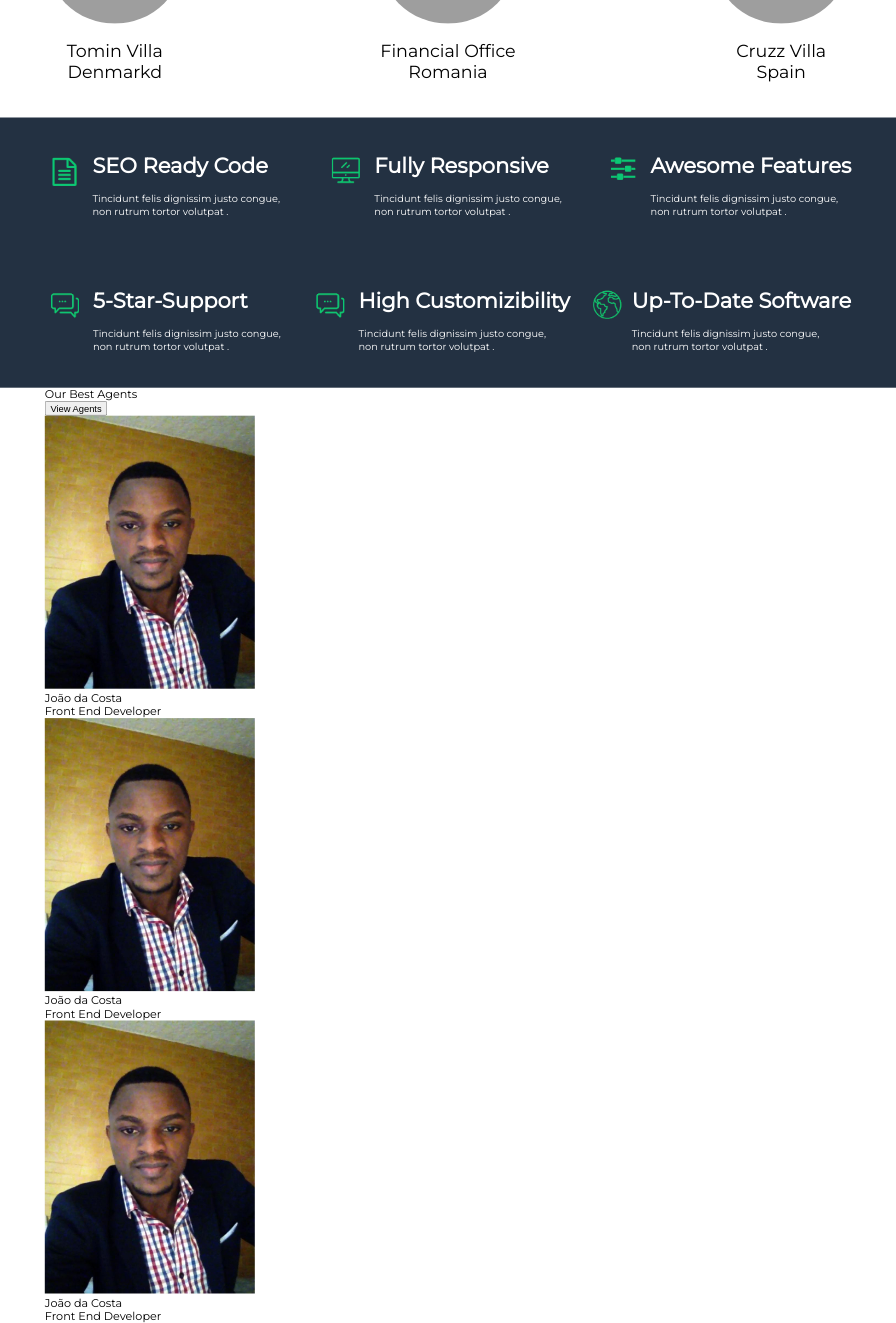
Repository: Yowani24/Real-Estate2
Page: index.html
These files come from the project's save history. The page is drawn as it stood at one moment and after the next save; the edit follows.
The browser window is 1280 px wide. The pictures show the part of the page from y = 1207 to 3127 px (the page is 3097 px tall before and 3127 px after), at 70% of full size.
Pictures or frames that could not be fetched are drawn as grey boxes. Some web fonts or font styles are not loaded; a fallback is used.

Above is the page before, as saved 2021-08-27 14:58:01.

After the next save:
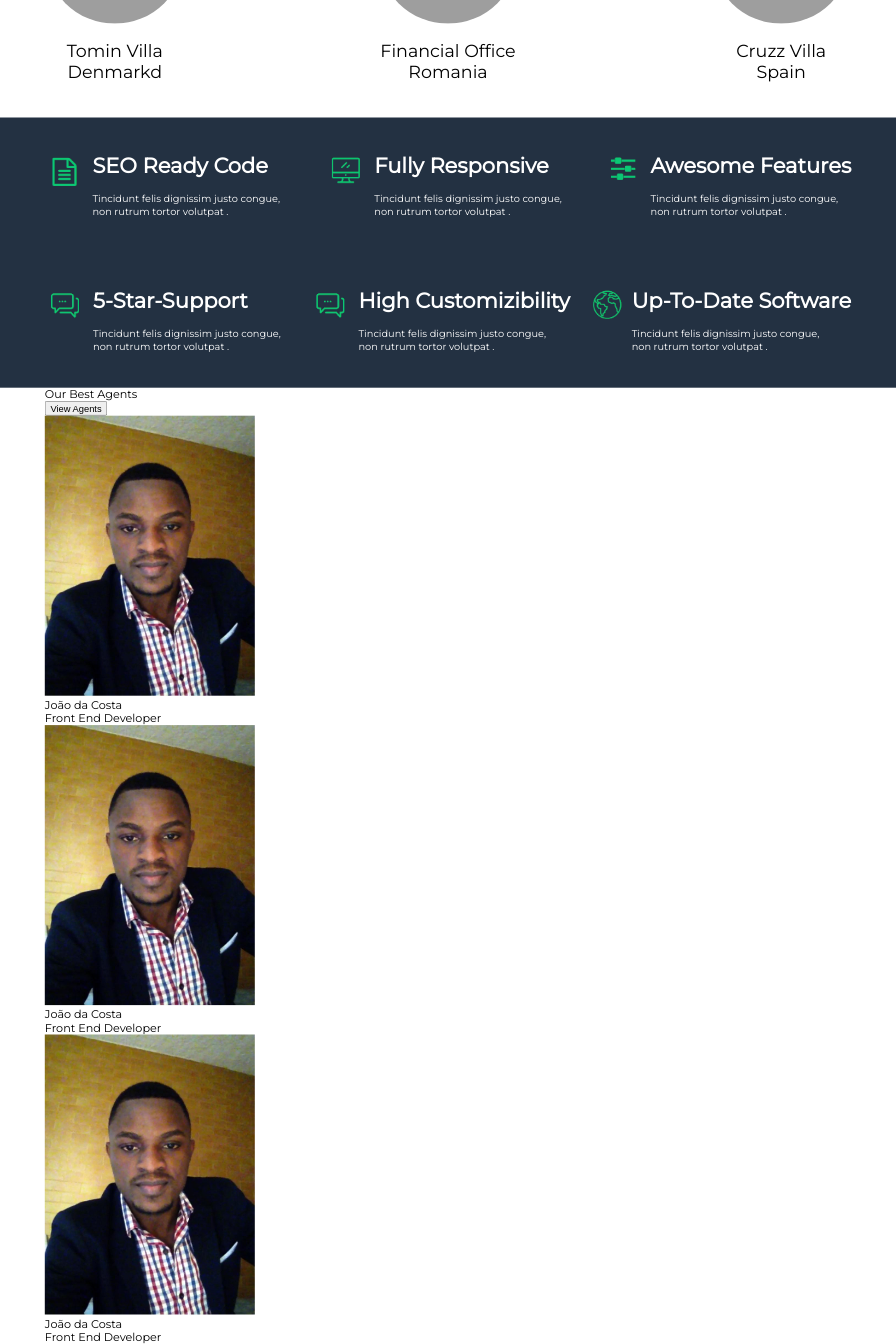
Saved 21 s later.
--- a/styles.css
+++ b/styles.css
@@ -198,5 +198,4 @@ Header .menu nav a{
 }
 .agents_box img{
     width: 100%;
-    height: 390px;
-}
+}
